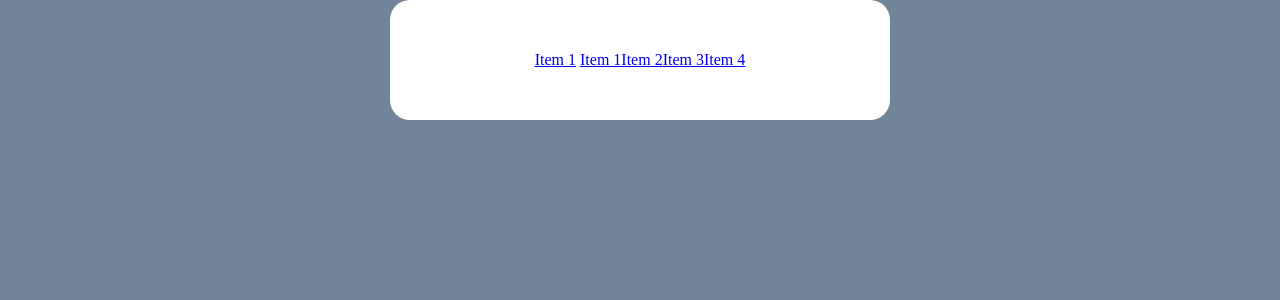
Repository: Artltzz/menu-animado
Page: index.html
The author's editor kept a copy of each file at every save. The page is drawn from the files as they stood at one save, then again after a run of saves.
The browser window is 1280 px wide. The pictures show the whole page.
Some icons come from a web library that is not loaded, so they are not drawn.

Above is the page before, as saved 2025-12-27 12:00:18.

### index.html
<!DOCTYPE html>
<html lang="pt-br">
<head>
    <meta charset="UTF-8">
    <meta name="viewport" content="width=device-width, initial-scale=1.0">
    <title>Document</title>
    <link rel="stylesheet" href="style.css">
    <link href='https://cdn.boxicons.com/3.0.6/fonts/basic/boxicons.min.css' rel='stylesheet'>
</head>
<body>

    <div class="header">
            <ul>
                <li><a href="#">Item 1</a>
                    <i class='bxr  bx-home'></i>
                    <a href="#">Item 1</a>
                </li>
                <li>
                    <i class='bxr  bx-user'></i>
                    <a href="#">Item 2</a>
                </li>
                <li>
                    <i class='bxr  bx-search'></i>

                    <a href="#">Item 3</a>
                </li>
                    <li>
                        <i class='bxr  bx-message-circle'></i>

                    <a href="#">Item 4</a>
                </li>

            </ul>


    </div>

    <script src="index.js"></script>

</body>
</html>

### style.css
*{
    margin: 0;
    padding: 0;
    box-sizing: border-box;
}

body{
    height: 100vh;
    background: #728499;
    display: flex;
    justify-content: center;

}

.header{
    position: relative;
    height: 120px;
    width: 500px;
    background: white;
    border-radius: 20px;
    display: flex;
    align-items: center;
    justify-content: center;
}

.header ul{
    position: relative;
    display: flex;
}

.header ul li{
    position: relative;
    list-style-type: none ;
}

Loaded but not shown: index.js (no stored copy; drawn as an empty file)

After the next 2 saves:
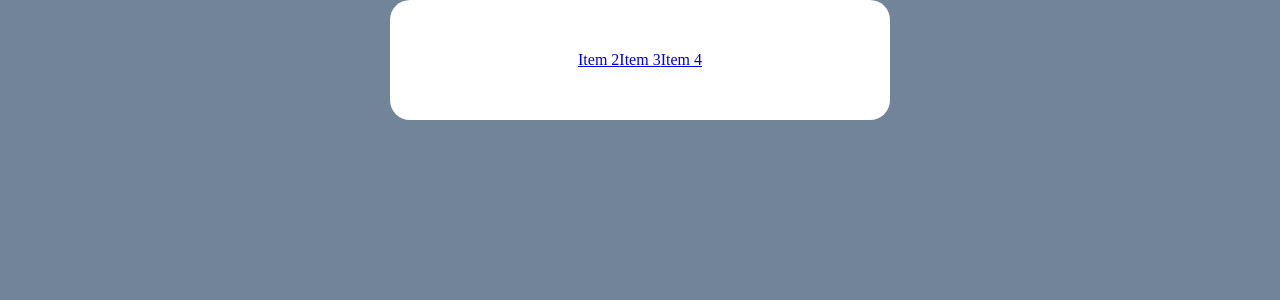
The 2 saves are shown as one change because they came seconds apart.
The last was saved 10 s later.
--- a/index.html
+++ b/index.html
@@ -11,9 +11,8 @@
 
     <div class="header">
             <ul>
-                <li><a href="#">Item 1</a>
-                    <i class='bxr  bx-home'></i>
-                    <a href="#">Item 1</a>
+                <li><a href="#"><i class='bxr  bx-home'></i></a>
+
                 </li>
                 <li>
                     <i class='bxr  bx-user'></i>
